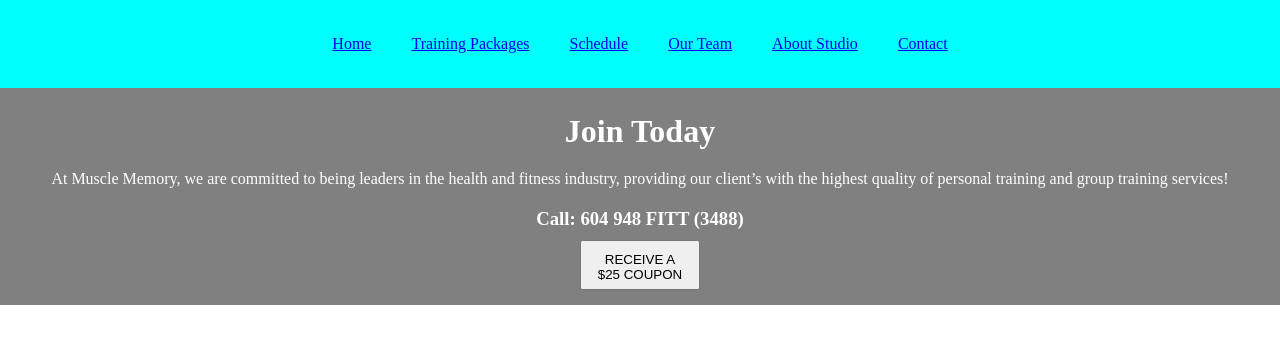
Repository: MujtabaHabib/muscle-memory-website
Page: index.html
An editor plug-in stored every save of this project. The page is shown before and after the next save, followed by the edit.
The browser window is 1280 px wide. The pictures show the whole page.

Above is the page before, as saved 2026-01-27 01:09:01.

After the next save:
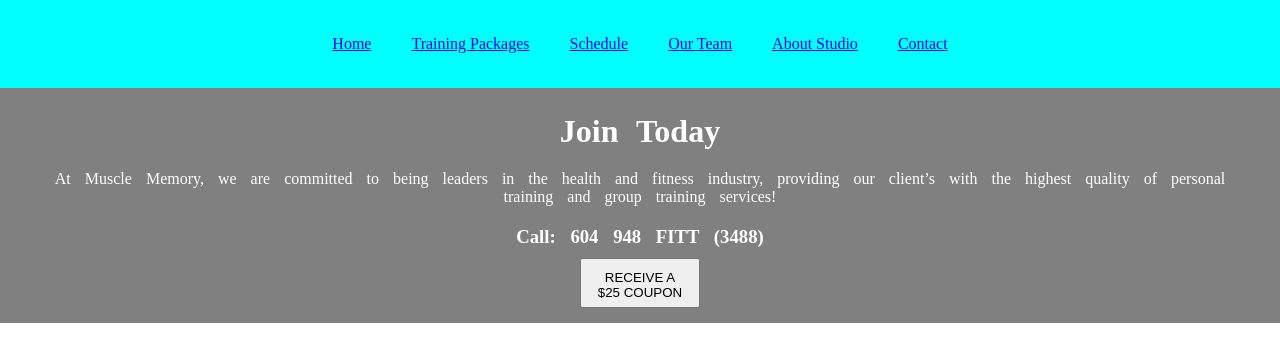
Saved 89 s later.
--- a/style.css
+++ b/style.css
@@ -40,6 +40,7 @@
     overflow: hidden;
     padding: 15px 15px 15px;
     color:white;
+    word-spacing: 10px;
 
 }
 .details button{

After the save that followed:
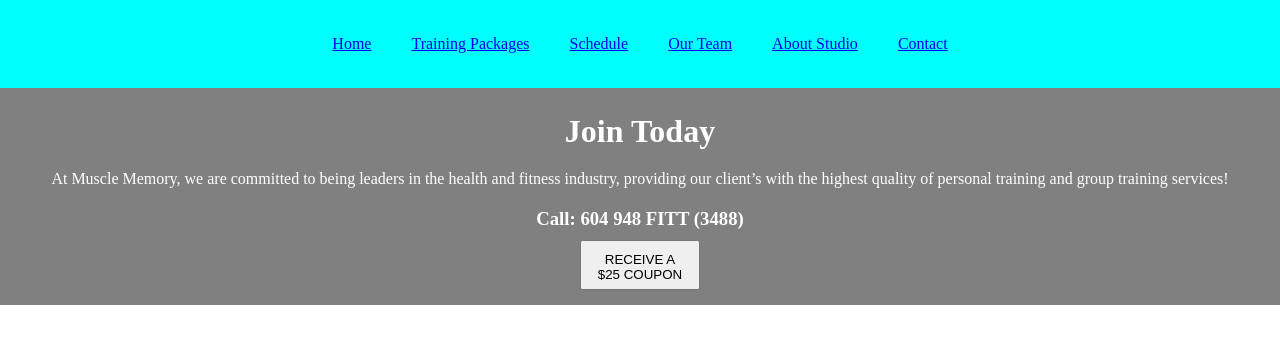
Saved 9 s later.
--- a/style.css
+++ b/style.css
@@ -40,7 +40,7 @@
     overflow: hidden;
     padding: 15px 15px 15px;
     color:white;
-    word-spacing: 10px;
+
 
 }
 .details button{
